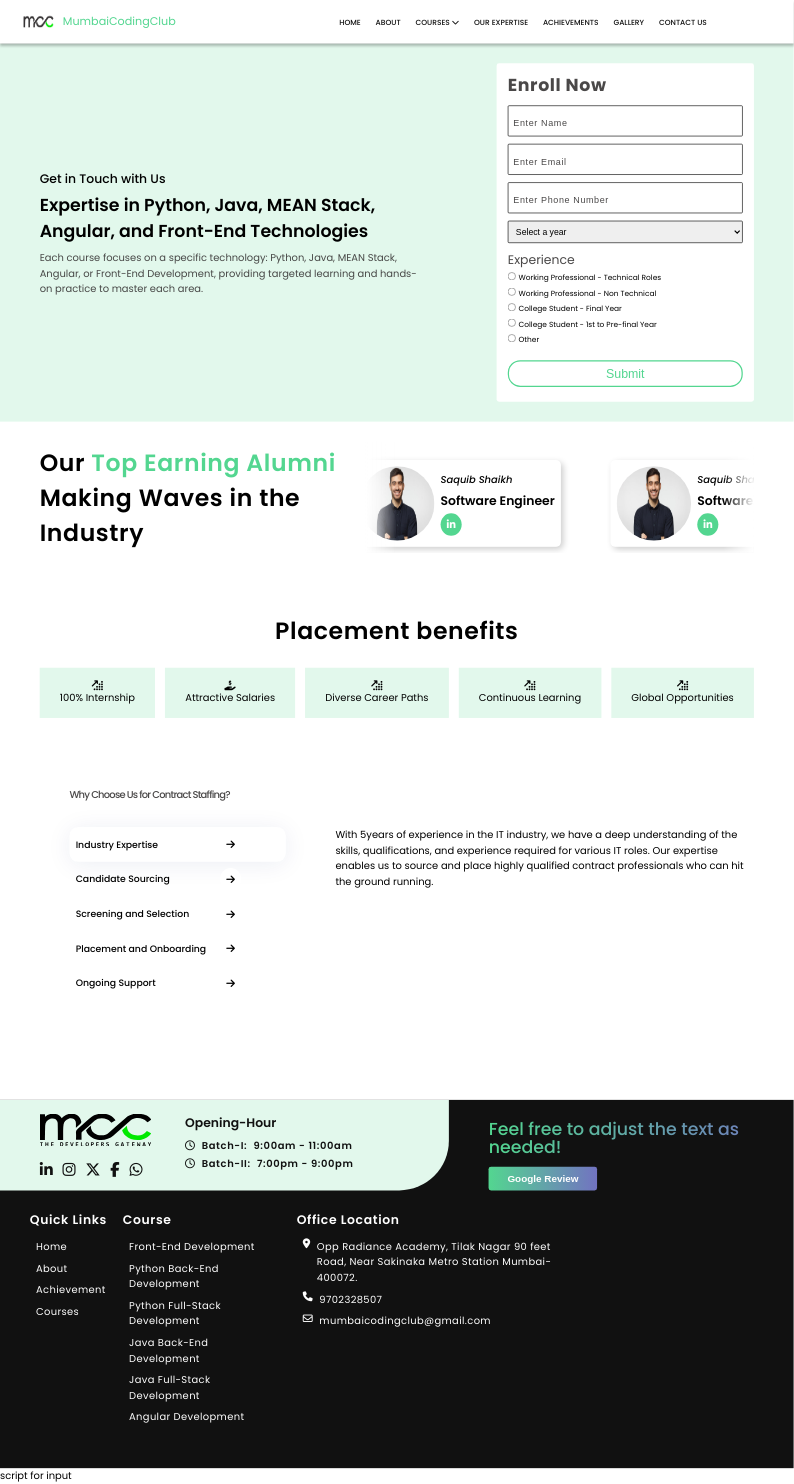
Repository: msmsa2001/mcc-theme
Page: contact.html
The author's editor kept a copy of each file at every save. The page is drawn from the files as they stood at one save, then again after the next save.
The browser window is 1280 px wide. The pictures show the whole page, at 62% of full size.
Pictures or frames that could not be fetched are drawn as grey boxes.

Above is the page before, as saved 2024-07-26 04:22:24.
Console error: TypeError: Cannot read properties of null (reading 'querySelector')

After the next save:
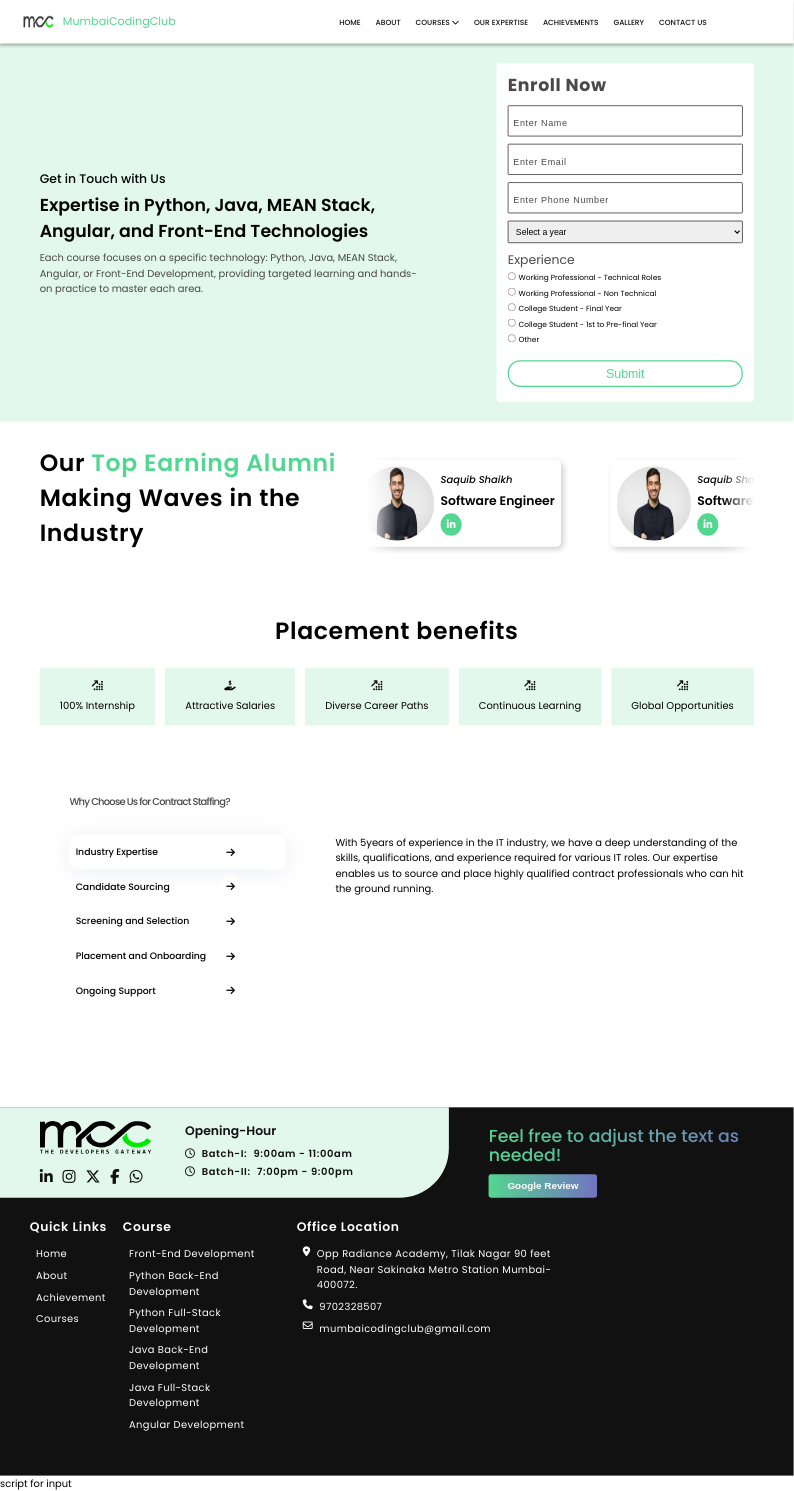
Saved 14 s later.
--- a/contact.css
+++ b/contact.css
@@ -250,6 +250,7 @@ font-weight: 600;
     display: flex;
     flex-direction: column;
     align-items: center;
+    gap: 12px;
     padding: 20px;
 }
 .container8 {
